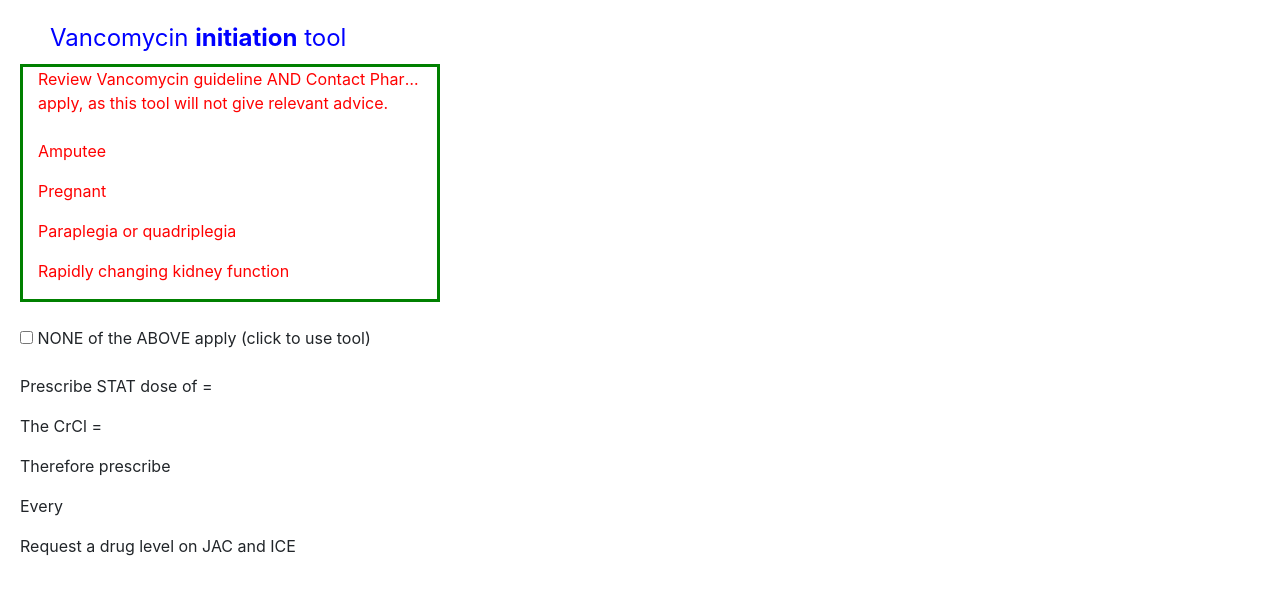
Repository: Mismiles/project-clinical-calculator
Page: index.html
The author's editor kept a record of every edit. The page is drawn from the files as they stood at one moment, then again after the next edit.
The browser window is 1280 px wide. The pictures show the whole page.

Above is the page before.

### index.html
<!doctype html>
<html lang="en">
  <head>
    <!-- Required meta tags -->
    <meta charset="utf-8">
    <meta name="viewport" content="width=device-width, initial-scale=1, shrink-to-fit=no">

    <!-- Bootstrap CSS -->
    <link rel="stylesheet" href="https://stackpath.bootstrapcdn.com/bootstrap/4.3.1/css/bootstrap.min.css" integrity="sha384-ggOyR0iXCbMQv3Xipma34MD+dH/1fQ784/j6cY/iJTQUOhcWr7x9JvoRxT2MZw1T" crossorigin="anonymous">

    <!-- Custom CSS -->
    <link href="css/stylesheet.css" rel="stylesheet">

    <title>Vancomycin calculation tool</title>

  </head>
  <body>

<form name="vanc">
<fieldset>

<!-- Form Name -->
<legend>Vancomycin <b>initiation</b> tool</legend>

<!-- Parameters -->
  <div class="col-lg-4 statement" for="parameters" style="color:red">Review Vancomycin guideline AND Contact Pharmacy if any<br> apply, as this tool will not give relevant advice.
    <br>
    <br>
    <p>Amputee</p>
    <p>Pregnant</p>
    <p>Paraplegia or quadriplegia</p>
    <p>Rapidly changing kidney function</p>
	</div>


<!-- Safe to use tool-->
	<br>
      <input type="checkbox" name="parameters" id="showform" onclick="displayForm()">
      NONE of the ABOVE apply (click to use tool)
  </div>
</div>

<section id='vancform'>
<!-- Indication-->
<br>
<div class="form-group">
  <label class="col-md-4 control-label" for="indication"><b>Indication</b></label>
  <div class="col-md-4">
  <input id="indication" name="indication" type="text" autocomplete="off" placeholder="Specify" class="form-control input-md" required="">
  </div>
</div>

<!-- Gender -->
<div class="form-group" required="">
  <label class="col-md-4 control-label" for="gender"><b>Gender</b></label>
  <div class="col-md-4">
   <div class="btn-group btn-group-toggle" data-toggle="buttons">
  <label class="btn btn-outline-primary">
    <input type="radio" name="options" id="male" autocomplete="off"> Male
  </label>
  <label class="btn btn-outline-danger">
    <input type="radio" name="options" id="female" autocomplete="off"> Female
  </label>
</div>
  </div>
</div>

<!-- Age-->
<div class="form-group">
  <label class="col-md-4 control-label" for="age"><b>Age</b></label>
  <div class="col-md-4">
  <input id="age" name="age" type="text" maxlength="3" placeholder="Age in years" autocomplete="off" class="form-control input-md" required="">
  </div>
</div>

<!-- Weight-->
<div class="form-group">
  <label class="col-md-4 control-label" for="weight"><b>Weight in kg</b></label>
  <div class="col-md-4">
  <input id="weight" name="weight" type="text" maxlength="3" placeholder="Weight in kg" autocomplete="off" class="form-control input-md" required="">
</div>
</div>

<!-- Date picker-->
<div class="form-group">
        <label class="col-md-4 control-label" for="date"><b>Date Weight Taken</b></label>
          <div class="col-md-4">
        <input id="form-control input-md date" name="date" autocomplete="off" placeholder="MM/DD/YYY" type="date"/>
          </div>
</div>

  <div class="checkbox">
    <label for="parameters-0">
      <input type="radio" name="parameters" id="overweight" value="" onclick="displayHeight()">
      Overweight (BMI &gt; 25). <span style="color:green"><i>Tick to help calculate BMI.</i></span>
    </label>
	</div>
  <div class="checkbox">
    <label for="parameters-1">
      <input type="radio" name="parameters" id="underweight" value="" onclick="displayHeight()">
      Underweight (BMI &lt; 18.5). <span style="color:green"><i>Tick to help calculate BMI.</i></span>
    </label>
	</div>
	 <div class="checkbox">
    <label for="parameters-1">
      <input type="radio" name="parameters" id="normalweight" value="" onclick="displayHeight()">
      Normal weight (BMI &gt; 18.5 and &lt; 25)
    </label>
	</div>
</div>
</div>

<br>
<!-- Height-->
<section id="heightbox">
<div class="form-group">
  <label class="col-md-4 control-label" for="height"><b>Height</b></label>
  <div class="col-md-4">
  <input id="height" name="height" type="text" maxlength="3" autocomplete="off" placeholder="Height in cm" class="form-control input-md" required>
  </div>
</div>
</section>

<!-- Creatinine-->
<div class="form-group">
  <label class="col-md-4 control-label" for="creatinine"><b>Serum Creatinine in µmol/L</b></label>
  <div class="col-md-4">
  <input id="creatinine" name="creatinine" type="text" autocomplete="off" maxlength="3" placeholder="Creatinine" class="form-control input-md" data-bind="value:replyNumber" required="">

  </div>
</div>

<!-- Button -->
<div class="form-group">
  <label class="col-md-4 control-label" for="calculate"></label>
  <div class="col-md-4">
    <script type="text/javascript" src="js/calculation.js"></script>
    <button id="calc" name="calculate" type="submit" class="btn btn-primary" onclick="getAdvice" >Display dose and monitoring advice</button>
  </div>
</div>

</fieldset>
</form>

<br>
<p id="output_text">Prescribe STAT dose of =</p>
<p id="output_text">The CrCl =</p>
<p id="output_text">Therefore prescribe</p>
<p id="output_text">Every <b></b></p>
<p id="output_text">Request a drug level on JAC and ICE</p>
</section>

<!-- Image carousel -->
  <div id="carouselExampleIndicators" class="carousel slide row" data-ride="carousel">
  <ol class="carousel-indicators">
    <li data-target="#carouselExampleIndicators" data-slide-to="0" class="active"></li>
    <li data-target="#carouselExampleIndicators" data-slide-to="1"></li>
    <li data-target="#carouselExampleIndicators" data-slide-to="2"></li>
    <li data-target="#carouselExampleIndicators" data-slide-to="3"></li>
    <li data-target="#carouselExampleIndicators" data-slide-to="4"></li>
    <li data-target="#carouselExampleIndicators" data-slide-to="5"></li>
    <li data-target="#carouselExampleIndicators" data-slide-to="6"></li>
    <li data-target="#carouselExampleIndicators" data-slide-to="7"></li>
    <li data-target="#carouselExampleIndicators" data-slide-to="8"></li>
    <li data-target="#carouselExampleIndicators" data-slide-to="9"></li>
  </ol>
  <div class="carousel-inner">
    <div class="carousel-item active">
      <img class="d-block w-60" src="images/vanc1.jpg" alt="First slide">
    </div>
    <div class="carousel-item">
      <img class="d-block w-60" src="images/app1.jpg" alt="Second slide">
    </div>
    <div class="carousel-item">
      <img class="d-block w-60" src="images/app2.jpg" alt="Third slide">
    </div>
    <div class="carousel-item">
      <img class="d-block w-60" src="images/app3.jpg" alt="Fourth slide">
    </div>
    <div class="carousel-item">
      <img class="d-block w-60" src="images/app41.jpg" alt="Fifth slide">
    </div>
    <div class="carousel-item">
      <img class="d-block w-60" src="images/app42.jpg" alt="Sixth slide">
    </div>
     <div class="carousel-item">
      <img class="d-block w-60" src="images/app43.jpg" alt="Seventh slide">
    </div>
     <div class="carousel-item">
      <img class="d-block w-60" src="images/app5.jpg" alt="Eigth slide">
     </div>
     <div class="carousel-item">
      <img class="d-block w-60" src="images/app6.jpg" alt="Ninth slide">
     </div>
  </div>

  <a class="carousel-control-prev" href="#carouselExampleIndicators" role="button" data-slide="prev">
    <span class="carousel-control-prev-icon" aria-hidden="true"></span>
    <span class="sr-only">Previous</span>
  </a>
  <a class="carousel-control-next" href="#carouselExampleIndicators" role="button" data-slide="next">
    <span class="carousel-control-next-icon" aria-hidden="true"></span>
    <span class="sr-only">Next</span>
  </a>
</div>


    <!-- jQuery first, then Popper.js, then Bootstrap JS -->
    <script src="https://code.jquery.com/jquery-3.3.1.slim.min.js" integrity="sha384-q8i/X+965DzO0rT7abK41JStQIAqVgRVzpbzo5smXKp4YfRvH+8abtTE1Pi6jizo" crossorigin="anonymous"></script>
    <script src="https://cdnjs.cloudflare.com/ajax/libs/popper.js/1.14.7/umd/popper.min.js" integrity="sha384-UO2eT0CpHqdSJQ6hJty5KVphtPhzWj9WO1clHTMGa3JDZwrnQq4sF86dIHNDz0W1" crossorigin="anonymous"></script>
    <script src="https://stackpath.bootstrapcdn.com/bootstrap/4.3.1/js/bootstrap.min.js" integrity="sha384-JjSmVgyd0p3pXB1rRibZUAYoIIy6OrQ6VrjIEaFf/nJGzIxFDsf4x0xIM+B07jRM" crossorigin="anonymous"></script>

        <!-- Calulation JavaScript Code-->
    <script type="text/javascript" href="js/calculation.js"></script>

  </body>
</html>

### css/stylesheet.css
body {
    position: relative;
    font-size: 1em;
    margin-left: 20px;
    margin-top: 20px;

}

legend {
    padding-left: 30px;
    color: blue;
}

.statement {
 border-style: solid;
 border-color: green;
 white-space: nowrap;
 width: 470px;
 overflow: hidden;
 text-overflow: ellipsis;
  }


#heightbox{
  display: none;
}

#vancform {
  display: none;
}

.carousel {
  width:740px;
  height:860px;
  display: none !important;
}

### js/calculation.js
    //declare global variables
    var age = document.forms["vanc"]["age"].value;
    var weight = document.forms["vanc"]["weight"].value;
    var height = document.forms["vanc"]["height"].value;
    var creatinine = document.forms["vanc"]["creatinine"].value;
    // var male = document.forms["vanc"]["gender"].male;
    // var female = document.forms["vanc"]["gender"].female;
    var bmi = weight/(height/100*height/100);

    console.log('connected');

    // this function displays the form when the checkbox is true
    function displayForm() {
        var checkbox = document.getElementById('showform');
        var vancform = document.getElementById('vancform');

        if (checkbox.checked) {
            vancform.style.display = 'block';
        } else {
            vancform.style.display = 'none';
        }
    }

    //this function displays the height box if under OR overweight is slected
    function displayHeight() {
        var underWeight = document.getElementById('underweight');
        var overWeight = document.getElementById('overweight');
        var heightbox = document.getElementById('heightbox')
        var normalweight = document.getElementById('normalweight')

        if (underWeight.checked) {
            heightbox.style.display = 'block';
        } else if (overWeight.checked) {
            heightbox.style.display = 'block';
        } else if (normalweight.checked) {
            heightbox.style.display = 'none';
        }
    }


        // Initial dose calculation
        var vDose;

        function dose() {
            //get the input

            if (isNaN(weight)) {
                outputText = "<em>Weight</em>must be a number!";
            } else if (weight < 40) {
                vDose = 750;
            } else if (weight >=40 && weight<= 59) {
                vDose = 1000;
            } else if (weight >=60 && weight<= 90) {
                vDose = 1500;
            } else if (weight >59) {
                vDose = 2000;
            }
            document.getElementById("output_text").innerHTML = vDose;
        }


        // Crcl without gender or creatinine adjustment
        var outputText;

        function CrCl0() {
            // male = document.getElementById("gender").value = "M";
            // female = document.getElementById("gender").value = "F";

            // validate age, weight, creatinie
            if (age < 18) {
                outputText = "<em>Age</em> cannot equal less than 18!";
            } else if (isNaN(age)) {
                outputText = "<em>Age</em> must be a number!";
            } else if (isNaN(weight)) {
                outputText = "<em>Weight</em> must be a number!";
            } else if (isNaN(creatinine)) {
                outputText = "<em>Creatinine</em> must be a number!";
            } else {
                var CrCl0 = ((140-age)*weight);
            }

            // output the result (or errors)
            document.getElementById("output_text").innerHTML = outputText;
        }

        // CrCl with gender adjustment
        function kidneygender(){
        var resultG;
            if (male){
                resultG = CrCl0 *1.23;
            } else{
                resultG = CrCl0 *1.04;
            }


        // CrCl with creatinine
        function CrCl(){
        var creatinine = document.forms["vanc"]["creatine"].value;
        var CrCl = resultG/creatinine;
        }


        //Calculate of BMI
        function bmi() {
            var bmi = weight/(height/100*height/100)
        }

        //If overweight, calculate IBW
        function overWeight () {
            if (bmi > 25 && male) {
                 50+(0.91*(height-152.4));
            }
            else if (bmi > 25) {
                 45+(0.91*(height-152.4));
            }
        }

        //

        //If Underweight, adjust CrCl
        function underweight(){
            var underweight;
            underweight = CrCl*0.69;
        }
    }

After the next edit:
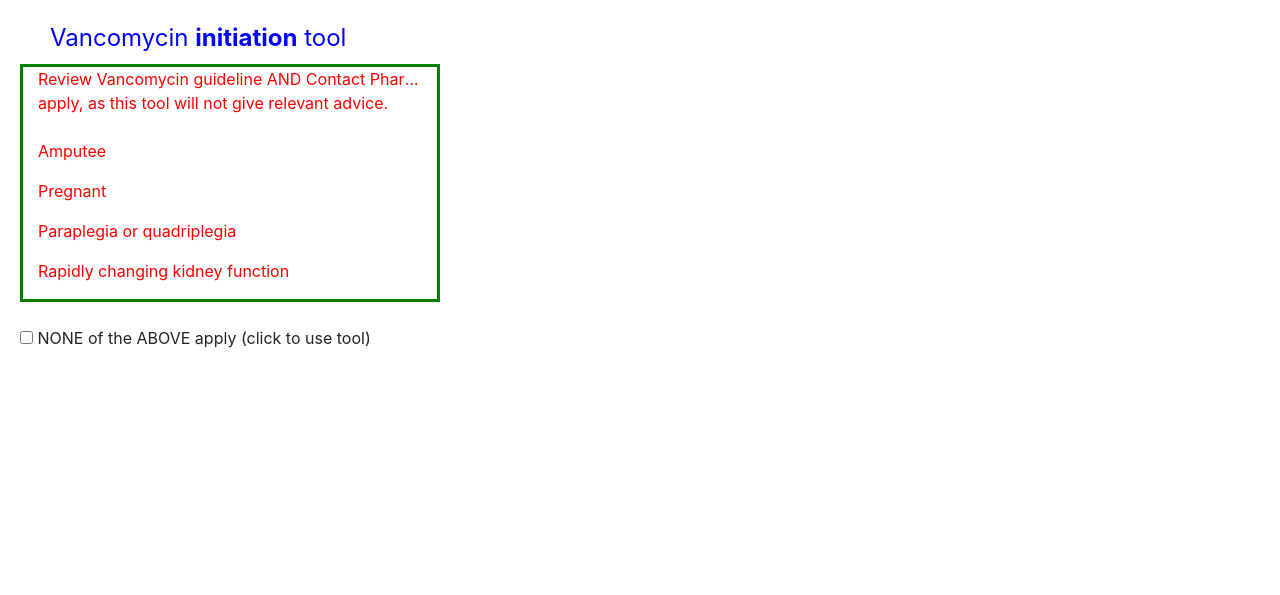
The edit:
--- a/index.html
+++ b/index.html
@@ -138,9 +138,6 @@
     <button id="calc" name="calculate" type="submit" class="btn btn-primary" onclick="getAdvice" >Display dose and monitoring advice</button>
   </div>
 </div>
-
-</fieldset>
-</form>
 
 <br>
 <p id="output_text">Prescribe STAT dose of =</p>

After the 6 edits that followed:
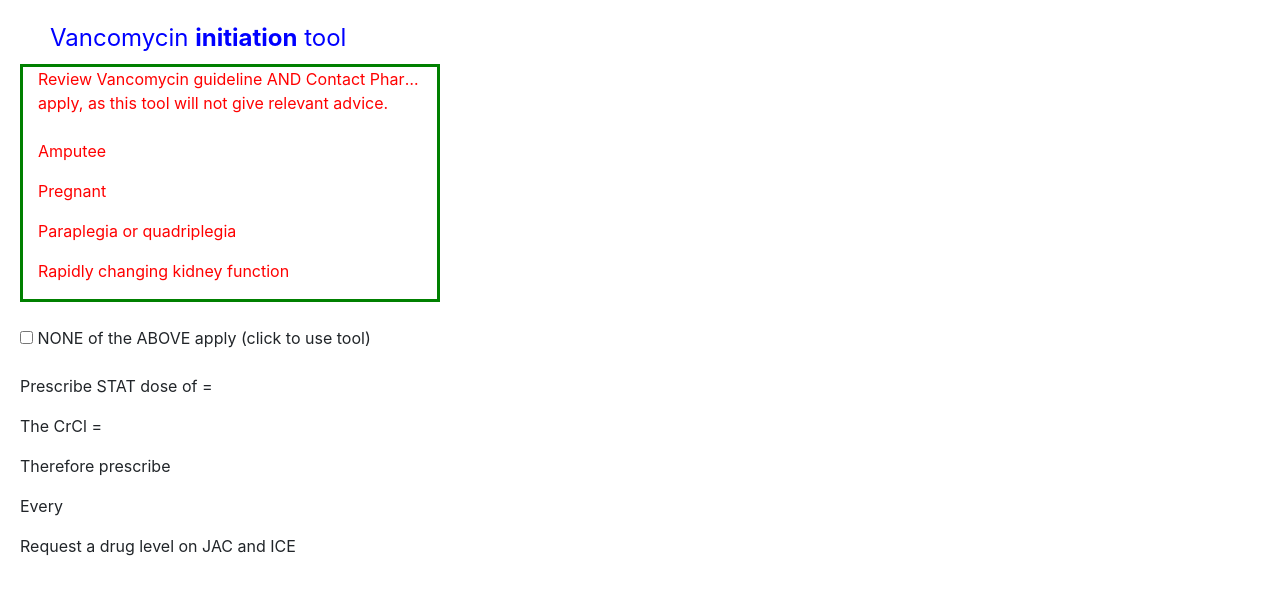
The 6 edits are shown as one change because 5 left the picture as it was.
The edit:
--- a/index.html
+++ b/index.html
@@ -135,17 +135,21 @@
   <label class="col-md-4 control-label" for="calculate"></label>
   <div class="col-md-4">
     <script type="text/javascript" src="js/calculation.js"></script>
-    <button id="calc" name="calculate" type="submit" class="btn btn-primary" onclick="getAdvice" >Display dose and monitoring advice</button>
-  </div>
-</div>
-
+    <button id="calc" name="calculate" type="submit" class="btn btn-primary" onclick="dose();" >Display dose and monitoring advice</button>
+  </div>
+</div>
+
+</fieldset>
+</form>
+</section>
 <br>
-<p id="output_text">Prescribe STAT dose of =</p>
-<p id="output_text">The CrCl =</p>
+<p id="stat_dose">Prescribe STAT dose of =</p>
+<p id="Cr_Cl0">The CrCl =</p>
 <p id="output_text">Therefore prescribe</p>
 <p id="output_text">Every <b></b></p>
 <p id="output_text">Request a drug level on JAC and ICE</p>
-</section>
+
+
 
 <!-- Image carousel -->
   <div id="carouselExampleIndicators" class="carousel slide row" data-ride="carousel">
